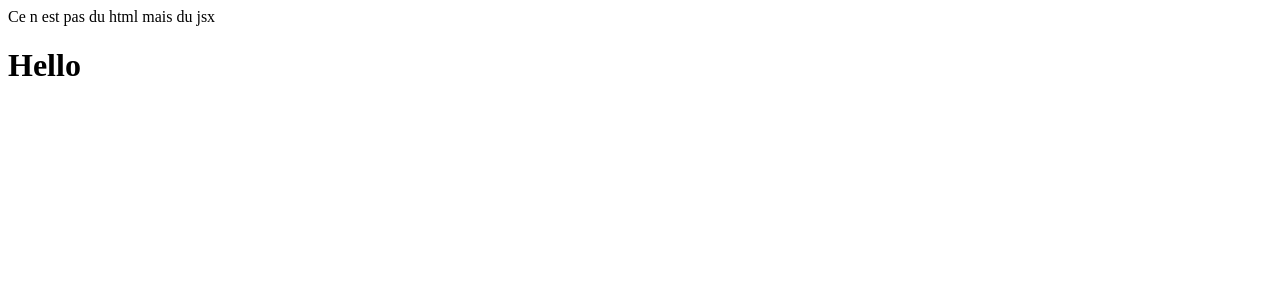
Repository: Michelhof1978/react
Page: / (app in application-react/)
The author's editor kept a copy of each file at every save. The page is drawn from the files as they stood at one save, then again after a run of saves.
The browser window is 1280 px wide. The pictures show the whole page.
The project was rebuilt for these pictures with package versions that can differ from the ones it lists, and the page was loaded fresh each time. Also part of the build but not shown: application-react/src/index.css.

Above is the page before, as saved 2023-05-10 16:30:58.

### application-react/src/index.js
//Ce fichier sert à retourner notre application dans la div root de index.html

import React from 'react';
import ReactDOM from 'react-dom/client';
import './index.css';
import App from './App';
import reportWebVitals from './reportWebVitals';

const root = ReactDOM.createRoot(document.getElementById('root'));
root.render(
  <React.StrictMode>
    <App />
  </React.StrictMode>
);


reportWebVitals();

### application-react/src/App.js
//COMPOSANT

function App() {//Cette fonction est un composant
  return (
     <div className="App"> Ce n est pas du html mais du jsx
      <h1>Hello</h1>
    </div>
  );
}

export default App;

Loaded but not shown: application-react/public/index.html (common file); application-react/src/reportWebVitals.js (common file)

After the next 3 saves:
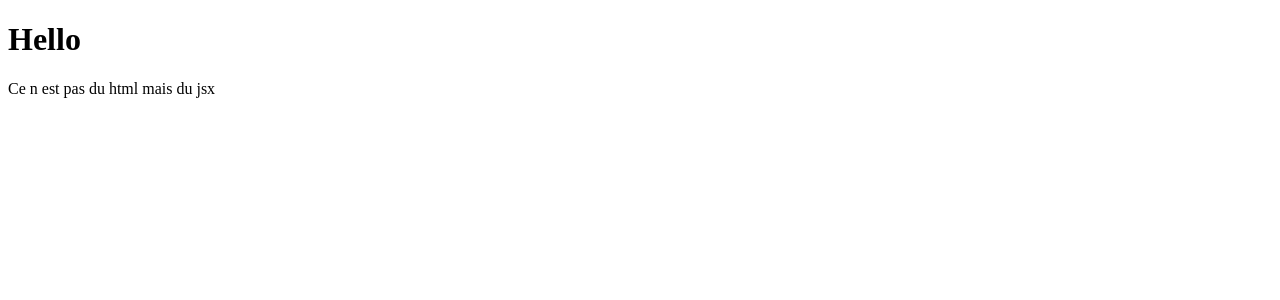
The 3 saves are shown as one change because they came seconds apart.
The last was saved 11 s later.
--- a/application-react/src/App.js
+++ b/application-react/src/App.js
@@ -2,8 +2,9 @@
 
 function App() {//Cette fonction est un composant
   return (
-     <div className="App"> Ce n est pas du html mais du jsx
+     <div className="App">
       <h1>Hello</h1>
+      Ce n est pas du html mais du jsx
     </div>
   );
 }
